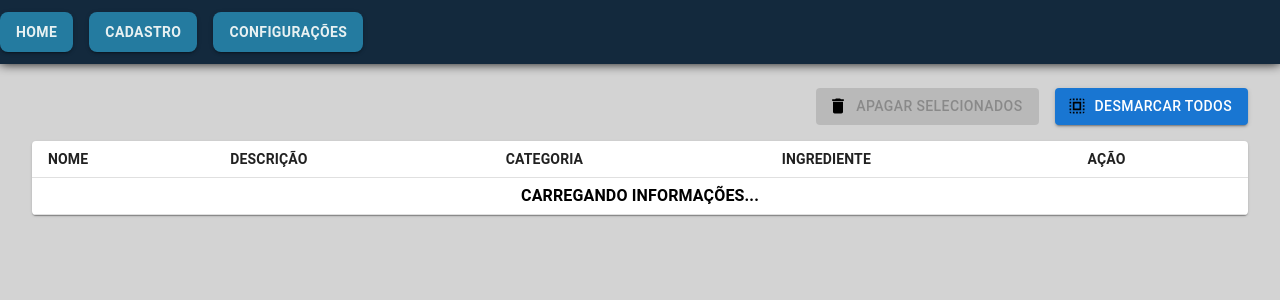
Repository: oZanella/projeto_windel_web_CRM
Page: /
An editor plug-in stored every save of this project. The page is shown before and after the next save, followed by the edit.
The browser window is 1280 px wide. The pictures show the whole page.
The page's requests for data from a server got no answer. The project was rebuilt for these pictures with package versions that can differ from the ones it lists, and the page was loaded fresh each time. No one was signed in, and anything a server would have sent is missing. Also part of the build but not shown: vite.config.js, src/routes/Configuracoes.jsx. Imported but missing from the stored project, and not drawn on this page: src/routes/Cadastro.jsx.

Above is the page before, as saved 2024-08-19 09:30:34.

### index.html
<!doctype html>
<html lang="en">

<head>
  <meta charset="UTF-8" />
  <link rel="icon" type="image/svg+xml" href="./src/image/LogoWindel.svg" />
  <link rel="stylesheet" href="src/style/GlobalStyles.css" />
  <link href="https://fonts.googleapis.com/css2?family=Playfair+Display&display=swap" rel="stylesheet">

  <meta name="viewport" content="width=device-width, initial-scale=1.0" />
  <title>Projeto Teste - CRM </title>
</head>

<body>
  <div id="root"></div>
  <script type="module" src="/src/main.jsx"></script>
</body>

</html>

### src/style/GlobalStyles.css
:root {
  --click: #7fa8c4;
  --primary: #E8F1F2;
  --darkblue: #13293D;
  --secondary: #000000;
  --ligthblue: #1b98e0;
  --animation: #006494;
  --ligthkgrey: #D3D3D3;
  --blueceledron: #247ba0;
  --delete: #FF0000;
}

* {
    color: var(--secondary);
}

body {
  background-color: var(--ligthkgrey);
}

### src/main.jsx
import { createBrowserRouter, RouterProvider, Navigate } from "react-router-dom"
import { createRoot } from 'react-dom/client'
import { StrictMode } from 'react'
import { App } from './App.jsx'

import './style/GlobalStyles.css'

//páginas do projeto
import { Cadastro } from './routes/Cadastro.jsx'
import { Home } from './routes/Home.jsx'
import { Configuracoes } from './routes/configuracoes.jsx'

const router = createBrowserRouter([
  {
    element: <App />,
    children: [
      {
        path: '/',
        element: <Navigate to="/home" replace />,
      },
      {
        path: '/home',
        element: <Home />,
      },
      {
        path: '/cadastro',
        element: <Cadastro />,
      },
      {
        path: '/configuracoes',
        element: <Configuracoes />,
      },
    ],
  },
])

createRoot(document.getElementById('root')).render(
  <StrictMode>
    <RouterProvider router={router} />
  </StrictMode>,
)

### src/App.jsx
import { Header } from './components/Header'
import { Outlet } from 'react-router-dom'
import { Box } from '@mui/material'
import './style/GlobalStyles.css'

export function App() {
  return (
    <Box sx={{ p: { xs: 2, sm: 3 }, marginTop: { xs: 8, sm: 8 } }}>
      <Header />
      <Box>
        <Outlet />
      </Box>
    </Box>
  );
}

### src/routes/Home.jsx
import React, { useEffect, useState } from 'react';
import { Box, TextField, Button, Dialog, DialogActions, DialogContent, DialogTitle, Select, MenuItem, FormControl, InputLabel } from '@mui/material';

import { handleShowDetails, handleEdit, handleSave, handleInputChange } from '../components/Handle';
import { CardDados } from '../components/TableHome';

import { blogFetch } from '../axios/config';


export const Home = () => {
  const [posts, setPosts] = useState([]);
  const [selectInfo, setSelectInfo] = useState(null);
  const [modeEdit, setModeEdit] = useState(null);
  const [dataEdit, setDataEdit] = useState({});
  const [openAddDialog, setOpenAddDialog] = useState(false);
  const [newPost, setNewPost] = useState({ name: '', description: '', category: '' });

  const getPosts = async () => {
    try {
      const response = await blogFetch.get("/recipe");
      const uniqueData = response.data.filter((value, index, self) =>
        index === self.findIndex((t) => t.id === value.id)
      );
      setPosts(uniqueData); // Garante que não tenha dados duplicados
    } catch (error) {
      console.log(error);
    }
  };

  useEffect(() => {
    getPosts();
  }, []);

  const handleDelete = async (postId) => {
    try {
      await blogFetch.delete(`/recipe/${postId}`);
      setPosts(posts.filter(post => post.id !== postId));
      console.log('Post deletado com sucesso');
    } catch (error) {
      console.error('Erro ao deletar o post', error);
    }
  };

  const handleAddOpen = () => setOpenAddDialog(true);
  const handleAddClose = () => setOpenAddDialog(false);

  {/* API para envio do novo registro*/ }
  const handleAdd = async () => {
    try {
      const newPostFormatted = {
        name: newPost.name,
        description: newPost.description,
        ingredients: [],
        category: newPost.category,
        isFavorite: newPost.isFavorite
      };

      const response = await blogFetch.post("/recipe", newPostFormatted);
      setPosts([...posts, response.data]);
      setNewPost({ name: '', description: '', category: '', isFavorite: false });
      handleAddClose();
      console.log('Post adicionado com sucesso');
    } catch (error) {
      console.error('Erro ao adicionar o post', error);
    }
  };

  return (
    <Box>
      {/* Dados para Adicionar Novo Registro */}
      <Dialog open={openAddDialog} onClose={handleAddClose}>
        <DialogTitle>Adicionar Novo Registro</DialogTitle>
        <DialogContent>
          <TextField
            name="name"
            label="Nome"
            value={newPost.name}
            onChange={(e) => setNewPost({ ...newPost, name: e.target.value })}
            fullWidth
            sx={{ marginBottom: 2 }}
          />
          <TextField
            name="description"
            label="Descrição"
            value={newPost.description}
            onChange={(e) => setNewPost({ ...newPost, description: e.target.value })}
            fullWidth
            sx={{ marginBottom: 2 }}
          />
          <TextField
            name="category"
            label="Categoria"
            value={newPost.category}
            onChange={(e) => setNewPost({ ...newPost, category: e.target.value })}
            fullWidth
            sx={{ marginBottom: 2 }}
          />
          <FormControl fullWidth sx={{ marginBottom: 2 }}>
            <InputLabel>Favorito</InputLabel>
            <Select
              name="isFavorite"
              value={newPost.isFavorite}
              onChange={(e) => setNewPost({ ...newPost, isFavorite: e.target.value })}
              label="Favorito"
            >
              <MenuItem value={true}>Sim</MenuItem>
              <MenuItem value={false}>Não</MenuItem>

            </Select>
          </FormControl>
        </DialogContent>
        <DialogActions>
          <Button onClick={handleAddClose}>Cancelar</Button>
          <Button onClick={handleAdd}>Adicionar</Button>
        </DialogActions>
      </Dialog>

      <CardDados
        posts={posts}
        handleDelete={handleDelete}
        handleEdit={handleEdit}
        handleSave={handleSave}
        modeEdit={modeEdit}
        setModeEdit={setModeEdit}
        dataEdit={dataEdit}
        setDataEdit={setDataEdit}
        handleInputChange={handleInputChange}
        selectInfo={selectInfo}
        setSelectInfo={setSelectInfo}
        handleShowDetails={handleShowDetails}
      />
    </Box>
  );
};

### src/components/Header.jsx
import { AppBar, Toolbar, Typography, Box, Button, IconButton } from '@mui/material';
import Logo from '../image/LogoWindel.svg';
import { Link } from 'react-router-dom';
import React from 'react';

export const Header = () => {
  return (

    // Header fundo 1 //
    <AppBar
      position="fixed"
      sx={{
        width: '100%',
        boxShadow: '0px 0.01px 11px var(--secondary)',
        top: 0,
        left: 0,
      }}
    >

      {/* Header fundo 2 */}
      <Toolbar
        sx={{
          display: 'flex',
          alignItems: 'center',
          padding: { xs: '0px', sm: '0px' },
          justifyContent: 'space-between',
          height: '64px',
          minHeight: '64px',
          backgroundColor: 'var(--darkblue)',
          boxSizing: 'border-box',
        }}
      >

        {/* Botões */}
        <Box
          sx={{
            mr: { xs: 0, sm: 2 },
            gap: 2,
            display: 'flex',
            alignItems: 'center',
            flexGrow: { xs: 1, sm: 0 },
            justifyContent: { xs: 'center', sm: 'center' },
            '& .MuiButton-root': {
              backgroundColor: 'var(--blueceledron)',
              color: 'var(--primary)',
              borderRadius: '8px',
              // boxShadow: '0 4px 6px rgba(0, 0, 0, 0.4)',
              padding: '8px 16px',
              fontWeight: 'bold',
              textTransform: 'uppercase',
              transition: 'background-color 0.4s, transform 0.4s',

              // Animação
              '&:hover': {
                backgroundColor: 'var(--animation)',
                transform: 'scale(1.07)',
              },
              '&:active': {
                backgroundColor: 'var(--click)',
              },
            },
          }}
        >
          <Button variant="contained" component={Link} to={`/home`}>Home</Button>
          <Button variant="contained" component={Link} to={`/cadastro`}>Cadastro</Button>
          <Button variant="contained" component={Link} to={`/configuracoes`}>Configurações</Button>
        </Box>
      </Toolbar>
    </AppBar>
  );
};

### src/components/Handle.jsx

import { blogFetch } from '../axios/config';


export const handleShowDetails = (post, setSelectInfo, selectInfo) => {
  if (selectInfo?.id === post.id) {
    setSelectInfo(null); // Fecha se já estiver aberto
  } else {
    setSelectInfo(post); // Abre o post atual
  }
};

export const handleEdit = (post, setModeEdit, setDataEdit) => {
  setModeEdit(post.id);
  setDataEdit(post);
};

//continua com erro, verificar!!
export const handleSave = async (postId, updateData) => {
  try {
    // Envie uma requisição PUT ou POST para salvar os dados atualizados
    const response = await blogFetch.put(`/blogFetch/posts/${postId}`, updateData);
    console.log('Dados salvos com sucesso', response.data);

  } catch (error) {
    console.error('Erro de API', error);
  }
};

export const handleInputChange = (e, setDataEdit) => {
  setDataEdit(prevDataEdit => ({ ...prevDataEdit, [e.target.name]: e.target.value }));
};

### src/components/TableHome.jsx
import React, { useState, useEffect } from 'react';
import {
  Table, TableBody, TableCell, TableContainer, TableHead, TableRow, Typography, Box, Button, IconButton, TextField, Dialog, DialogContent, DialogActions, FormControlLabel, Switch, Chip, Paper, Checkbox
} from '@mui/material';
import EditIcon from '@mui/icons-material/Edit';
import SaveIcon from '@mui/icons-material/Save';
import AddIcon from '@mui/icons-material/Add';
import CloseIcon from '@mui/icons-material/Close';
import DeleteIcon from '@mui/icons-material/Delete';
import SelectAllIcon from '@mui/icons-material/SelectAll';
import axios from 'axios';

const API_BASE_URL = 'https://teste-tecnico-front-api.up.railway.app';

export const CardDados = ({
  posts, setPosts, handleDelete
}) => {
  const [openModal, setOpenModal] = useState(false);
  const [currentPost, setCurrentPost] = useState(null);
  const [dataEdit, setDataEdit] = useState({});
  const [newIngredient, setNewIngredient] = useState('');
  const [selectedPosts, setSelectedPosts] = useState([]);

  useEffect(() => {
    if (currentPost) {
      setDataEdit({ ...currentPost });
    }
  }, [currentPost]);

  const handleEditOpen = (post) => {
    setCurrentPost(post);
    setOpenModal(true);
  };

  const handleEditClose = () => {
    setOpenModal(false);
    setCurrentPost(null);
    setNewIngredient('');
  };

  const handleSaveModal = async () => {
    if (currentPost) {
      try {
        await axios.put(`${API_BASE_URL}/posts/${currentPost.id}`, dataEdit);
        const response = await axios.get(`${API_BASE_URL}/posts`);
        setPosts(response.data);
        handleEditClose();
      } catch (error) {
        console.error('Error ao salvar:', error);
      }
    }
  };

  const handleAddIngredient = () => {
    if (newIngredient.trim() !== '') {
      setDataEdit((prevData) => ({
        ...prevData,
        ingredients: [...(prevData.ingredients || []), newIngredient.trim()],
      }));
      setNewIngredient('');
    }
  };

  const handleRemoveIngredient = (ingredientToRemove) => {
    setDataEdit((prevData) => ({
      ...prevData,
      ingredients: (prevData.ingredients || []).filter((ingredient) => ingredient !== ingredientToRemove),
    }));
  };

  const handleSelectAll = () => {
    if (selectedPosts.length === posts.length) {
      setSelectedPosts([]); // Deselect all
    } else {
      setSelectedPosts(posts.map(post => post.id)); // Select all
    }
  };

  const handleDeleteSelected = async () => {
    try {
      await Promise.all(selectedPosts.map(id => axios.delete(`${API_BASE_URL}/posts/${id}`)));
      const response = await axios.get(`${API_BASE_URL}/posts`);
      setPosts(response.data);
      setSelectedPosts([]);
    } catch (error) {
      console.error('Error ao apagar os registros:', error);
    }
  };

  const handleSelectPost = (id) => {
    setSelectedPosts(prevSelected =>
      prevSelected.includes(id)
        ? prevSelected.filter(postId => postId !== id)
        : [...prevSelected, id]
    );
  };

  return (
    <>
      <Box sx={{ display: 'flex', justifyContent: 'flex-end', mb: 2 }}>
        <Button
          variant="contained"
          color="error"
          startIcon={<DeleteIcon />}
          onClick={handleDeleteSelected}
          disabled={selectedPosts.length === 0}
          sx={{ marginRight: 2 }}
        >
          Apagar Selecionados
        </Button>
        <Button
          variant="contained"
          color="primary"
          startIcon={<SelectAllIcon />}
          onClick={handleSelectAll}
        >
          {selectedPosts.length === posts.length ? 'Desmarcar Todos' : 'Selecionar Todos'}
        </Button>
      </Box>

      {/* Tabela aonde aparece os dados */}
      <TableContainer component={Paper} sx={{ overflowX: 'auto' }}>
        <Table size='small'>
          <TableHead>
            <TableRow>
              <TableCell sx={{ fontWeight: 'bold', textTransform: 'uppercase' }}>Nome</TableCell>
              <TableCell sx={{ fontWeight: 'bold', textTransform: 'uppercase' }}>Descrição</TableCell>
              <TableCell sx={{ fontWeight: 'bold', textTransform: 'uppercase' }}>Categoria</TableCell>
              <TableCell sx={{ fontWeight: 'bold', textTransform: 'uppercase' }}>Ingrediente</TableCell>
              <TableCell sx={{ fontWeight: 'bold', textTransform: 'uppercase' }}>Ação</TableCell>
            </TableRow>
          </TableHead>
          <TableBody>
            {posts.length === 0 ? (
              <TableRow>
                <TableCell colSpan={5} align="center">
                  <Typography variant="body1" sx={{ fontWeight: 'bold', textTransform: 'uppercase' }}>Carregando informações...</Typography>
                </TableCell>
              </TableRow>
            ) : (
              posts.map((post) => (
                <TableRow sx={{ height: 'auto' }} key={post.id}>
                  <TableCell sx={{ padding: '8px' }}>
                    {post.name}
                  </TableCell>
                  <TableCell sx={{ padding: '8px' }}>{post.description}</TableCell>
                  <TableCell sx={{ padding: '8px' }}>{post.category}</TableCell>

                  <TableCell sx={{ padding: '8px' }}>
                    <Box sx={{
                      display: 'flex',
                      flexWrap: 'wrap',
                      overflowX: 'auto',
                      gap: 1,
                      width: '100%',
                    }}>
                      {post.ingredients && post.ingredients.length > 0 ? (
                        post.ingredients.map((ingredient) => (
                          <Box
                            key={ingredient.id}
                            sx={{
                              display: 'flex',
                              flexDirection: 'column',
                              alignItems: 'flex-start',
                              marginRight: 1,
                              marginBottom: 1,
                            }}
                          >
                            <Typography variant="body1">{ingredient.name}</Typography>
                            <Typography variant="body2" color="textSecondary">
                              Quantidade: {ingredient.quantity}
                            </Typography>
                          </Box>
                        ))
                      ) : (
                        <Typography variant="body2">Nenhum ingrediente disponível</Typography>
                      )}
                    </Box>
                  </TableCell>

                  <TableCell>
                    <Box sx={{ display: 'flex', alignItems: 'center' }}>
                      <Checkbox
                        checked={selectedPosts.includes(post.id)}
                        onChange={() => handleSelectPost(post.id)}
                        color="primary"
                      />
                      <IconButton
                        color="primary"
                        onClick={() => handleEditOpen(post)}
                        sx={{ mr: 1 }}
                      >
                        <EditIcon />
                      </IconButton>
                      <IconButton
                        color="error"
                        onClick={() => handleDelete(post.id)}
                      >
                        <DeleteIcon />
                      </IconButton>
                    </Box>
                  </TableCell>
                </TableRow>
              ))
            )}
          </TableBody>
        </Table>
      </TableContainer>

      {/* Modal de edição */}
      <Dialog open={openModal} onClose={handleEditClose} fullWidth maxWidth="sm">
        <DialogContent>
          {currentPost && (
            <Box component="form" sx={{ display: 'flex', flexDirection: 'column', gap: 2 }}>
              <TextField
                name="name"
                label="Nome"
                value={dataEdit.name || ''}
                onChange={(e) => setDataEdit({ ...dataEdit, name: e.target.value })}
                fullWidth
                sx={{ marginBottom: 2 }}
              />
              <TextField
                name="description"
                label="Descrição"
                value={dataEdit.description || ''}
                onChange={(e) => setDataEdit({ ...dataEdit, description: e.target.value })}
                fullWidth
                sx={{ marginBottom: 2 }}
              />
              <TextField
                name="category"
                label="Categoria"
                value={dataEdit.category || ''}
                onChange={(e) => setDataEdit({ ...dataEdit, category: e.target.value })}
                fullWidth
                sx={{ marginBottom: 2 }}
              />
              <FormControlLabel
                control={
                  <Switch
                    checked={dataEdit.isFavorite || false}
                    onChange={(e) => setDataEdit({ ...dataEdit, isFavorite: e.target.checked })}
                    name="isFavorite"
                    color="primary"
                  />
                }
                label="Favorito"
                sx={{ marginTop: 1 }}
              />
              <Box sx={{ marginTop: 2 }}>
                <Typography variant="h6" sx={{ mb: 1 }}>Ingredientes</Typography>
                {dataEdit.ingredients && dataEdit.ingredients.map((ingredient, index) => (
                  <Chip
                    key={index}
                    label={`${ingredient.name} (${ingredient.quantity})`}
                    onDelete={() => handleRemoveIngredient(ingredient)}
                    sx={{ marginRight: 1, marginBottom: 1 }}
                    deleteIcon={<CloseIcon />}
                  />
                ))}
                <Box sx={{ display: 'flex', alignItems: 'center', mt: 2 }}>
                  <TextField
                    value={newIngredient}
                    onChange={(e) => setNewIngredient(e.target.value)}
                    label="Novo ingrediente"
                    variant="outlined"
                    size="small"
                    sx={{ marginRight: 1 }}
                  />
                  <Button
                    variant="contained"
                    color="primary"
                    onClick={handleAddIngredient}
                    startIcon={<AddIcon />}
                  >
                    Adicionar
                  </Button>
                </Box>
              </Box>
            </Box>
          )}
        </DialogContent>
        <DialogActions>
          <Button onClick={handleEditClose} color="inherit">
            Cancelar
          </Button>
          <Button
            onClick={handleSaveModal}
            color="primary"
            variant="contained"
            startIcon={<SaveIcon />}
          >
            Salvar
          </Button>
        </DialogActions>
      </Dialog>
    </>
  );
};

### src/axios/config.jsx
// src/axios/config.js
import axios from 'axios';

export const blogFetch = axios.create({
  baseURL: 'https://teste-tecnico-front-api.up.railway.app',
  headers: {
    'Content-Type': 'application/json',
  },
});

After the next save:
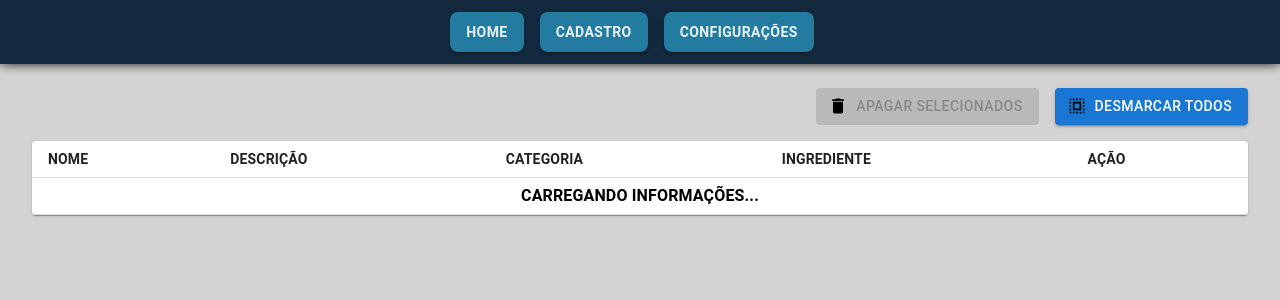
Saved 19 s later.
--- a/src/components/Header.jsx
+++ b/src/components/Header.jsx
@@ -38,7 +38,7 @@ export const Header = () => {
             gap: 2,
             display: 'flex',
             alignItems: 'center',
-            flexGrow: { xs: 1, sm: 0 },
+            flexGrow: { xs: 1, sm: 1 },
             justifyContent: { xs: 'center', sm: 'center' },
             '& .MuiButton-root': {
               backgroundColor: 'var(--blueceledron)',
